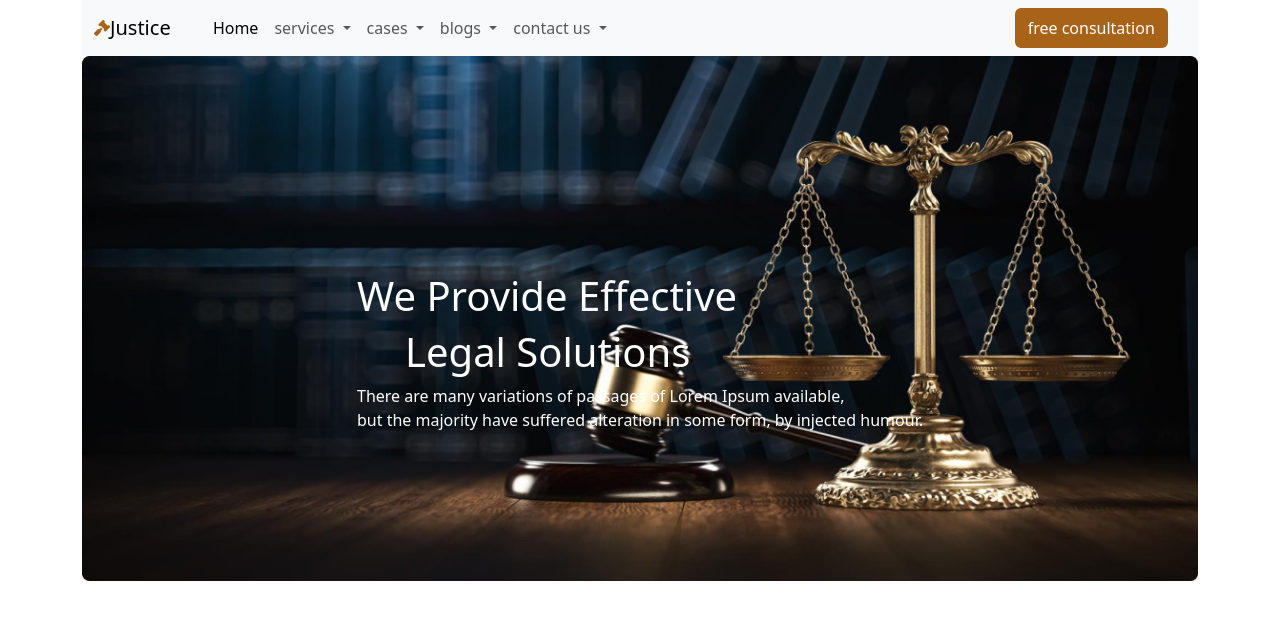
Repository: sadiaafsana138/justice
Page: index.html
These files come from the project's save history. The page is drawn as it stood at one moment and after the next save; the edit follows.
The browser window is 1280 px wide. The pictures show the whole page.
Some web libraries are served in a nearby version.

Above is the page before, as saved 2023-01-25 18:20:07.

After the next save:
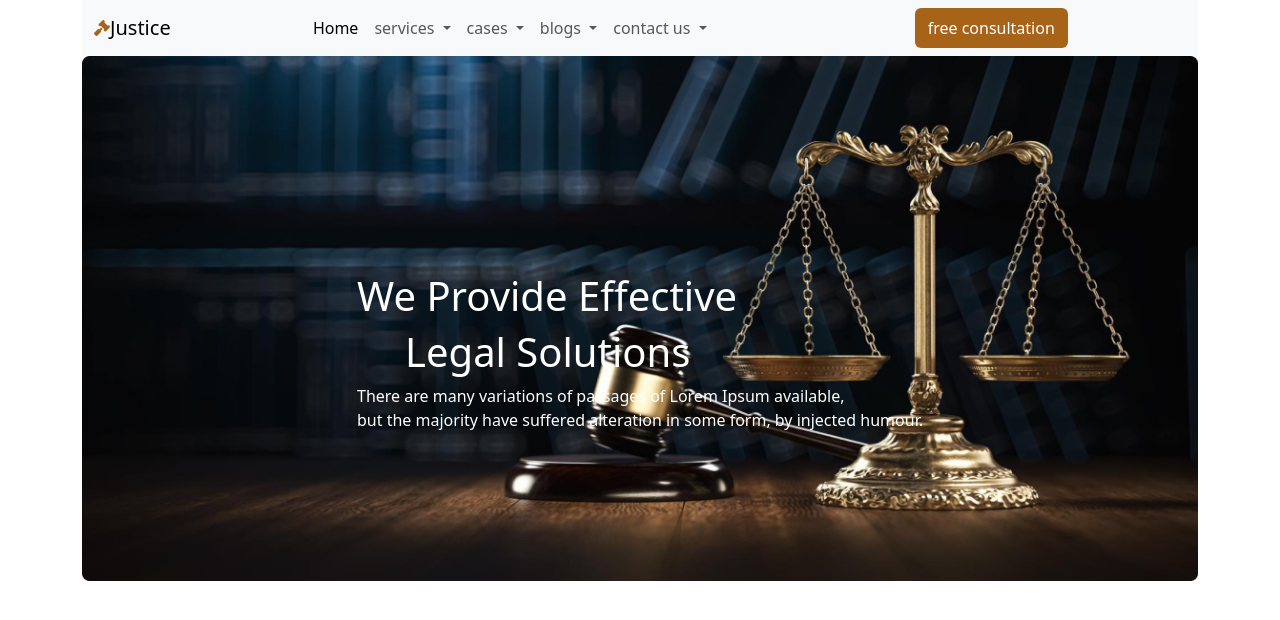
Saved 16 s later.
--- a/css/Styles.css
+++ b/css/Styles.css
@@ -8,7 +8,7 @@
     color: white;
 }
 .navbar-btn{
-    margin-left: 400px;
+    margin-left: 200px;
 }
 .banner-text{
 
